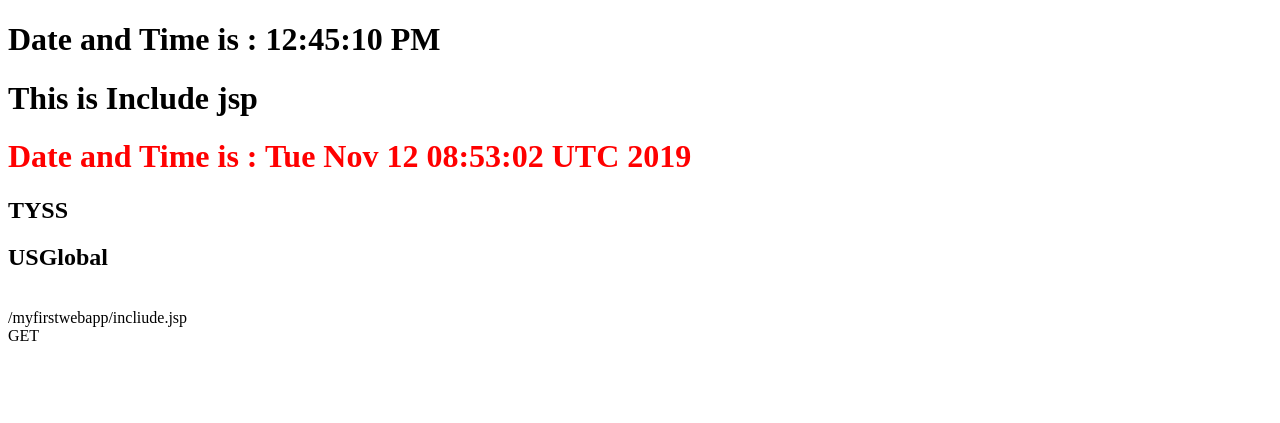
Repository: abhinavk718/servlet-project
Page: http://localhost/myfirstwebapp/incliude.jsp
These files come from the project's save history. The page is drawn as it stood at one moment and after the next save; the edit follows.
The browser window is 1280 px wide. The pictures show the whole page.
The page is served by Tomcat 9.

Above is the page before, as saved 2019-11-18 09:52:43.

After the next save:
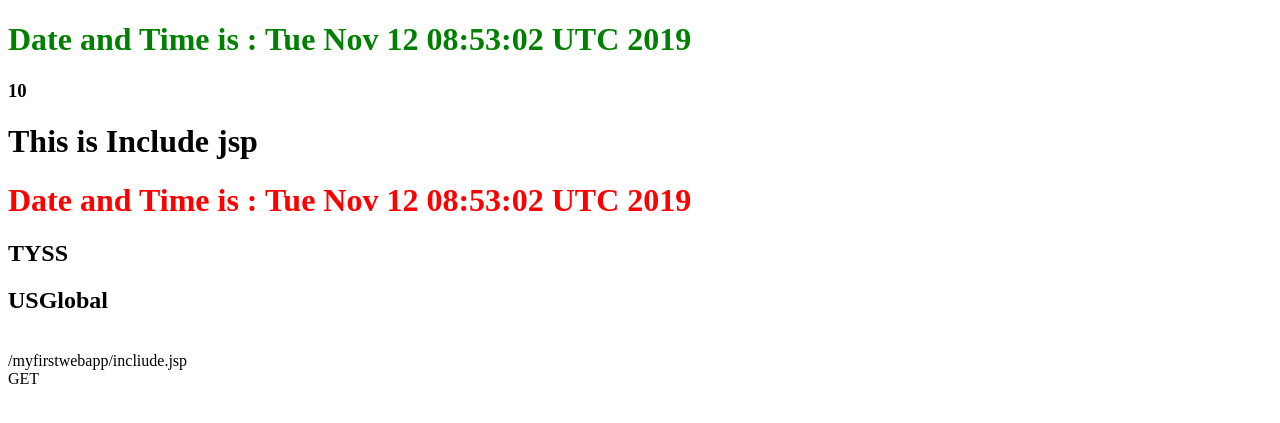
Saved 43 s later.
--- a/myfirstwebapp/WebContent/incliude.jsp
+++ b/myfirstwebapp/WebContent/incliude.jsp
@@ -1,6 +1,6 @@
 <%@ page language="java" contentType="text/html; charset=ISO-8859-1"
     pageEncoding="ISO-8859-1"%>
-    <%@include file="/index.html" %>
+    <%@include file="/index.jsp" %>
 <!DOCTYPE html>
 <html>
 <head>
